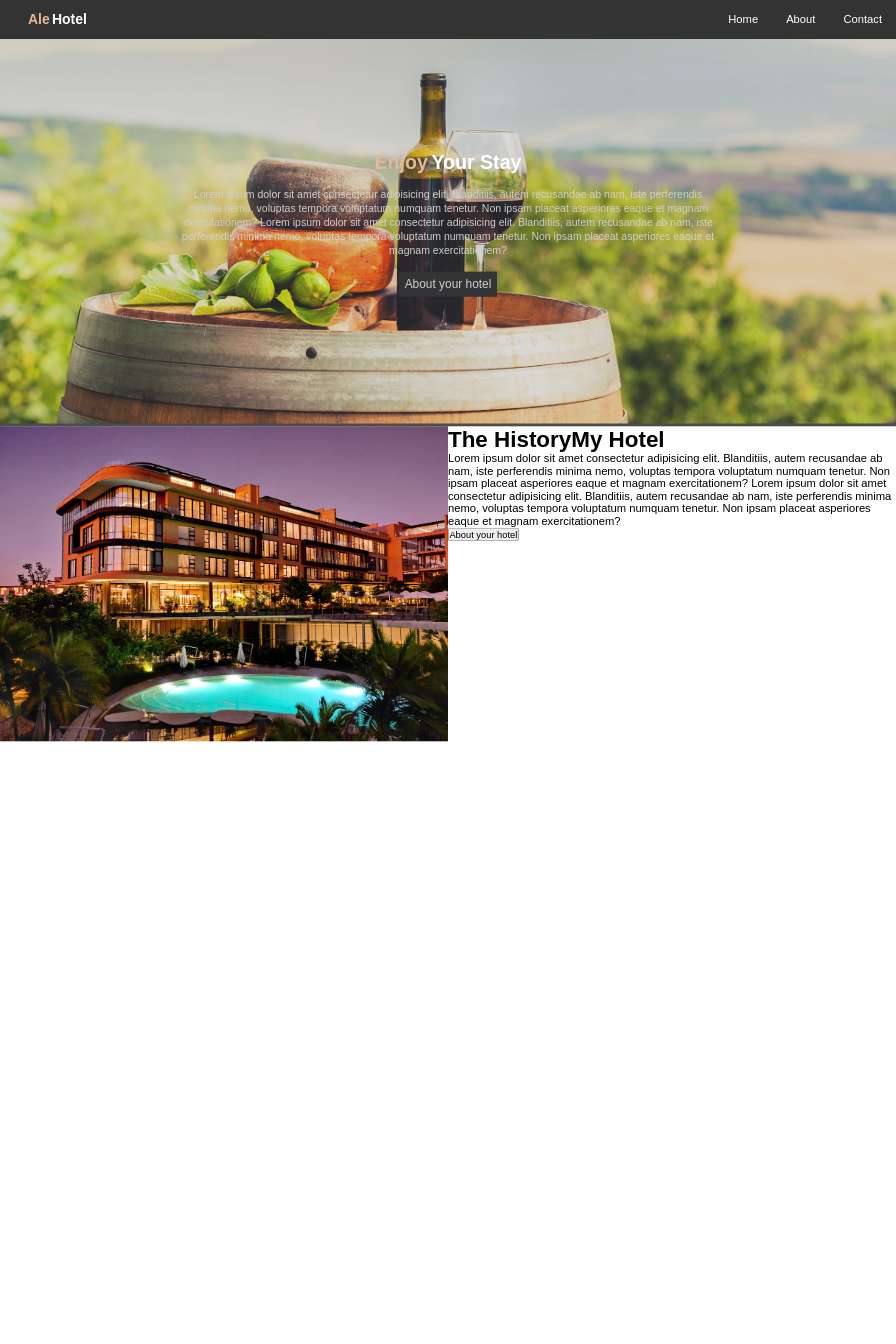
Repository: Ngoc28/HTML-CSS
Page: aleHoltel/index.html
The author's editor kept a copy of each file at every save. The page is drawn from the files as they stood at one save, then again after the next save.
The browser window is 1280 px wide. The pictures show the part of the page from y = 0 to 1920 px (the page is 5055 px tall), at 70% of full size.

Above is the page before, as saved 2023-08-06 00:36:55.

### aleHoltel/index.html
<!DOCTYPE html>
<html lang="en">
<head>
    <meta charset="UTF-8">
    <meta name="viewport" content="width=device-width, initial-scale=1.0">
    <title>Ale Hotel</title>
    <link rel="stylesheet" href="./style.css">
</head>
<body>
    <header>
        <div class="header-logo">
            <h1 class="heading ">Ale<span>Hotel</span></h1>
        </div>
        <nav class="header-nav">
            <ul class="nav-link">
                <li class="nav-item"><a href="">Home</a></li>
                <li class="nav-item"><a href="">About</a></li>
                <li class="nav-item"><a href="">Contact</a></li>
            </ul>
        </nav>
    </header>
    <main>
        <div class="container">
            <div class="about">
                <div class="about-img">
                    <img src="./img/banner1.jpg" alt="About us" height="550px" width="100%">
                </div>
                <div class="about-introduce">
                    <h1 class="about-heading">Enjoy<span>Your Stay</span></h1>
                    <p class="about-text">
                        Lorem ipsum dolor sit amet consectetur adipisicing elit. Blanditiis, autem recusandae ab nam, iste perferendis minima nemo, voluptas tempora voluptatum numquam tenetur. Non ipsam placeat asperiores eaque et magnam exercitationem?
                        Lorem ipsum dolor sit amet consectetur adipisicing elit. Blanditiis, autem recusandae ab nam, iste perferendis minima nemo, voluptas tempora voluptatum numquam tenetur. Non ipsam placeat asperiores eaque et magnam exercitationem?
                    </p>
                    <button class="about-btn">About your hotel</button>
                </div>
            </div>

            <div class="history">
                <div class="history-img">
                    <img src="./img/banner2.jpg" alt="">
                </div>
                <div class="myHistory">
                    <h1 class="myHistory-heading main-color">The History<span>My Hotel</span></h1>
                    <p class="myHistory-text">
                        Lorem ipsum dolor sit amet consectetur adipisicing elit. Blanditiis, autem recusandae ab nam, iste perferendis minima nemo, voluptas tempora voluptatum numquam tenetur. Non ipsam placeat asperiores eaque et magnam exercitationem?
                        Lorem ipsum dolor sit amet consectetur adipisicing elit. Blanditiis, autem recusandae ab nam, iste perferendis minima nemo, voluptas tempora voluptatum numquam tenetur. Non ipsam placeat asperiores eaque et magnam exercitationem?
                    </p>
                    <button class="myHistory-btn">About your hotel</button>
                </div>
            </div>
        </div>
    </main>
</body>
</html>

### aleHoltel/style.css
*{
    margin: 0;
    padding: 0;
    box-sizing: border-box;
}

:root {
    --main-color: #e5b895;
    --white-color: #fff
}

body {
    font-family:Arial, Helvetica, sans-serif;
}

header {
    position: fixed;
    z-index: 100;
    width: 100%;
    display: flex;
    justify-content: space-between;
    align-items: center;
    background-color: #333333;
    height: 55px;
}

.header-logo {

}

.header-logo > .heading {
    padding: 15px 40px;
    font-size: 20px;
    color: var(--main-color);
}

.heading span {
    color: var(--white-color);
    padding-left: 3px;
}

.header-nav {
    display: block;
}

.nav-link {
    display: flex;
}

.nav-item {
    display: block;
}

.nav-item a {
    padding: 0 20px;
    color: var(--white-color);
    text-decoration: none;
    display: block;
    line-height: 55px;
}

.nav-item a:hover {
    background: #bd0a0a;
}

/* Container */
main {
    padding-top: 55px;

}

.container {
    min-height: 5000px;
}

.about {

}

.about-img {
    position: relative;
    top: 0;
    left: 0;
    right: 0;
    background: rgba(0, 0, 0, 0.7);
    /* z-index: 1; */
}

.about-img img {

    opacity: .8;
    /* bottom: 53px; */
    object-fit: cover;
}


.about-introduce {
    position: absolute;
    top: 30%;
    left: 0;
    right: 0;
    bottom: 0;
    margin: 0 auto;
    width: 60%;
    text-align: center;

}

.about-heading {
    color: var(--main-color);
    font-size: 28px;
    font-weight: 600;
}

.about-heading span {
    color: #fff;
    padding-left: 5px;
}

.about-text {
    padding: 20px 0;
    font-size: 15px;
    color: #d1cece;
    line-height: 20px;
}

.about-btn {
    background: #343436;
    color: #d1cece;
    padding: 8px;
    font-size: 17px;
    border: none;
    cursor: pointer;
}

.about-btn:hover {
    background-color: #1d1d1e;
    transition: ease .4;
}

/* history */

.history {
    display: flex;
}

.history-img {
    flex: 1;
}

.history-img img {
    width: 100%;
    height: 450px;
    object-fit: cover;
}

.myHistory {
    flex: 1;
}

After the next save:
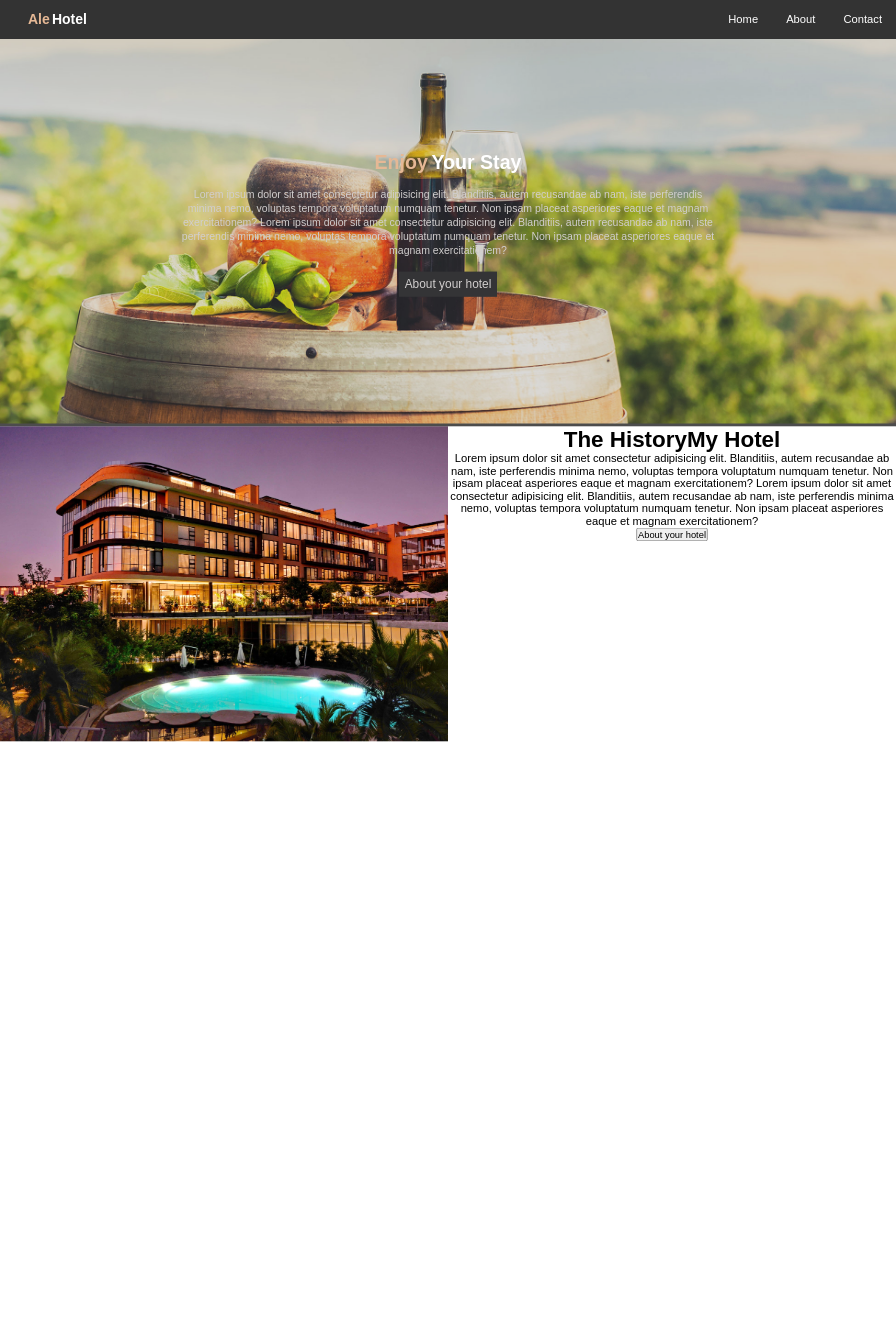
Saved 53 s later.
--- a/aleHoltel/style.css
+++ b/aleHoltel/style.css
@@ -6,7 +6,8 @@
 
 :root {
     --main-color: #e5b895;
-    --white-color: #fff
+    --white-color: #fff;
+    text-align: center;
 }
 
 body {
